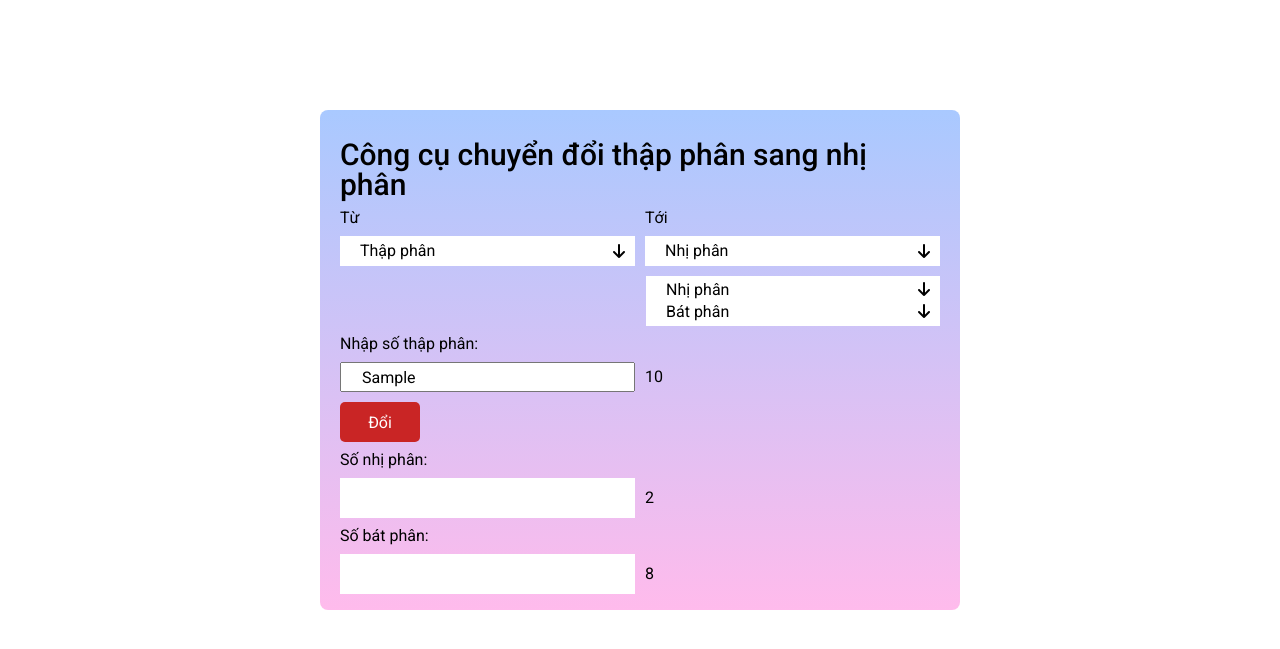
Repository: thuanpham00/covertNumber
Page: index.html
An editor plug-in stored every save of this project. The page is shown before and after the next save, followed by the edit.
The browser window is 1280 px wide. The pictures show the whole page.
Empty fields were first filled with sample values (such as "Sample", 5 or name@example.com).
After loading, the first visible `div.type-2` was clicked once.
Some web libraries are served in a nearby version. The style sheet was rebuilt from its Sass, Less or Tailwind sources for each picture, by a compiler version that may differ from the author's.

Above is the page before, as saved 2023-11-05 16:56:33.

### index.html
<!DOCTYPE html>
<html lang="en">
    <head>
        <meta charset="UTF-8" />
        <meta name="viewport" content="width=device-width, initial-scale=1.0" />
        <title>Convert Number</title>
        <link rel="stylesheet" href="./assets/css/main.css" />
        <link rel="preconnect" href="https://fonts.googleapis.com" />
        <link rel="preconnect" href="https://fonts.gstatic.com" crossorigin />
        <link
            href="https://fonts.googleapis.com/css2?family=Roboto:wght@400;500;700;900&display=swap"
            rel="stylesheet"
        />
        <script src="https://kit.fontawesome.com/3115b3f4f1.js"></script>
    </head>
    <body>
        <div class="container">
            <h1 class="title">Công cụ chuyển đổi thập phân sang nhị phân</h1>
            <div class="row">
                <span class="row__desc">Từ</span>
                <span class="row__desc">Tới</span>
            </div>
            <div class="row">
                <div class="row__type">
                    <div class="row__text">Thập phân</div>
                    <div class="row__icon">
                        <i class="fa-solid fa-arrow-down"></i>
                    </div>
                </div>

                <div class="row__type type-2">
                    <div class="row__text">Nhị phân</div>
                    <div class="row__icon">
                        <i class="fa-solid fa-arrow-down"></i>
                    </div>
                </div>
            </div>
            <div class="list hidden">
                <div class="list__item">
                    <div class="row__text" style="pointer-events: none;">Nhị phân</div>
                    <div class="row__icon">
                        <i class="fa-solid fa-arrow-down"></i>
                    </div>
                </div>
                <div class="list__item">
                    <div class="row__text" style="pointer-events: none;">Bát phân</div>
                    <div class="row__icon">
                        <i class="fa-solid fa-arrow-down"></i>
                    </div>
                </div>
            </div>
            <div class="container__wrapper">
                <div class="desc">Nhập số thập phân:</div>
                <form class="form" autocomplete="off">
                    <div class="row">
                        <input
                            type="text"
                            class="form__input"
                            name="numberInput"
                            required
                        />
                        <span>10</span>
                    </div>
                    <input type="submit" class="form__submit" value="Đổi" />
                </form>

                <div class="desc">Số nhị phân:</div>
                <div class="row">
                    <div class="result">
                        <span class="result__inner"></span>
                    </div>
                    <span>2</span>
                </div>
                <div class="desc">Số bát phân:</div>
                <div class="row">
                    <div class="result">
                        <span class="result__inner inner-2"></span>
                    </div>
                    <span>8</span>
                </div>
            </div>
        </div>

        <script src="./main.js"></script>
    </body>
</html>

### main.js
// // phần nguyên: integerPart
// // phần thập phân: decimalPart
window.addEventListener("load", function () {
    function convertDecimalToBinary(number) {
        let binary = [];
        let integerPart = Math.floor(number); // làm tròn xuống
        let decimalPart = number - integerPart;

        while (integerPart > 0) {
            let number1 = integerPart % 2;
            binary.unshift(number1);
            integerPart = Math.floor(integerPart / 2);
        }
        if (decimalPart > 0) {
            binary.push(".");

            let min = 0;
            let max = 16;
            while (decimalPart > 0 && min < max) {
                decimalPart = decimalPart * 2;
                let digit = Math.floor(decimalPart);
                binary.push(digit);
                decimalPart = decimalPart - digit;
                min++;
            }
        }
        return binary.join(""); // 8.625 (10) -> 1000.101 (2)
    }

    function convertDecimalToOctal(number) {
        let binary = [];
        let integerPart = Math.floor(number); // làm tròn xuống
        let decimalPart = number - integerPart;

        while (integerPart > 0) {
            let number1 = integerPart % 8;
            binary.unshift(number1);
            integerPart = Math.floor(integerPart / 8);
        }
        if (decimalPart > 0) {
            binary.push(".");

            let min = 0;
            let max = 16;
            while (decimalPart > 0 && min < max) {
                decimalPart = decimalPart * 8;
                let digit = Math.floor(decimalPart);
                binary.push(digit);
                decimalPart = decimalPart - digit;
                min++;
            }
        }
        return binary.join(""); // 11.25 (10) -> 13.2 (8)
    }
    const result = document.querySelector(".result__inner");
    const result2 = document.querySelector(".result__inner.inner-2");
    const form = document.querySelector(".form");
    form.addEventListener("submit", function (e) {
        e.preventDefault();
        const input = parseFloat(this.elements["numberInput"].value);
        result.textContent = convertDecimalToBinary(input);
        result2.textContent = convertDecimalToOctal(input);
    });

    const list = document.querySelector(".list")
    const rowType = document.querySelector(".row__type.type-2")
    rowType.addEventListener("click", function(e) {
        // const text = e.target.querySelector("")
        list.classList.toggle("visible")
        list.classList.toggle("hidden")
    })
});

### scss/main.scss
html,
body,
div,
span,
applet,
object,
iframe,
h1,
h2,
h3,
h4,
h5,
h6,
p,
blockquote,
pre,
a,
abbr,
acronym,
address,
big,
cite,
code,
del,
dfn,
em,
img,
ins,
kbd,
q,
s,
samp,
small,
strike,
strong,
sub,
sup,
tt,
var,
b,
u,
i,
center,
dl,
dt,
dd,
ol,
ul,
li,
fieldset,
form,
label,
legend,
table,
caption,
tbody,
tfoot,
thead,
tr,
th,
td,
article,
aside,
canvas,
details,
embed,
figure,
figcaption,
footer,
header,
hgroup,
menu,
nav,
output,
ruby,
section,
summary,
time,
mark,
audio,
video {
    margin: 0;
    padding: 0;
    border: 0;
    font-size: 100%;
    font: inherit;
    vertical-align: baseline;
}
/* HTML5 display-role reset for older browsers */
article,
aside,
details,
figcaption,
figure,
footer,
header,
hgroup,
menu,
nav,
section {
    display: block;
}
body {
    line-height: 1;
}
ol,
ul {
    list-style: none;
}
blockquote,
q {
    quotes: none;
}
blockquote:before,
blockquote:after,
q:before,
q:after {
    content: "";
    content: none;
}
table {
    border-collapse: collapse;
    border-spacing: 0;
}

*,
::after,
::before {
    box-sizing: border-box;
}

html {
    font-size: 62.5%;
}

body {
    background: #fff;
    font-size: 1.6rem;
    font-family: "Roboto", sans-serif;
}

input,
select,
textarea,
button {
    font-size: inherit;
    font-family: inherit;
}

.container {
    background-color: #a9c9ff;
    background-image: linear-gradient(180deg, #a9c9ff 0%, #ffbbec 100%);

    border-radius: 8px;
    padding: 10px 20px;
    height: 500px;
    position: absolute;
    top: 50%;
    left: 50%;
    transform: translate(-50%, -50%);

    .title {
        margin-top: 20px;
        font-size: 3rem;
        font-weight: 500;
    }

    .row {
        margin-top: 10px;
        display: grid;
        align-items: center;
        grid-template-columns: 1fr 1fr;
        column-gap: 10px;

        .row__type {
            display: flex;
            align-items: center;
            justify-content: space-between;
            padding-left: 20px;
            padding-right: 10px;
            height: 30px;
            width: 100%;
            background: #fff;

            // pointer-events: none;

            > i {
                font-size: 0.6rem;
            }
        }

        .result {
            width: 100%;
            height: 40px;
            background: #fff;
            display: flex;
            align-items: center;
            padding-left: 20px;
        }
    }

    .desc {
        margin-top: 10px;
    }

    .form__input {
        height: 30px;
        padding: 5px 0px 5px 20px;
        outline: none;
    }

    .form__submit {
        margin-top: 10px;
        width: 80px;
        height: 40px;
        border-radius: 5px;
        background: #c92525;
        color: #fff;
        outline: none;
        border: none;
    }
}

.list {
    margin-left: auto;
    margin-top: 10px;
    padding-top: 5px;
    height: 50px;
    width: 49%;
    background: #fff;

    .list__item {
        margin-bottom: 5px;
        display: flex;
        align-items: center;
        justify-content: space-between;
        padding-left: 20px;
        padding-right: 10px;

        &:hover {
            background: rgba(0, 0, 0, 0.5);
        }
    }

    &.hidden {
        opacity: 0;
        visibility: hidden;
    }

    &.visible {
        opacity: 1;
        visibility: visible;
    }
}

After the next save:
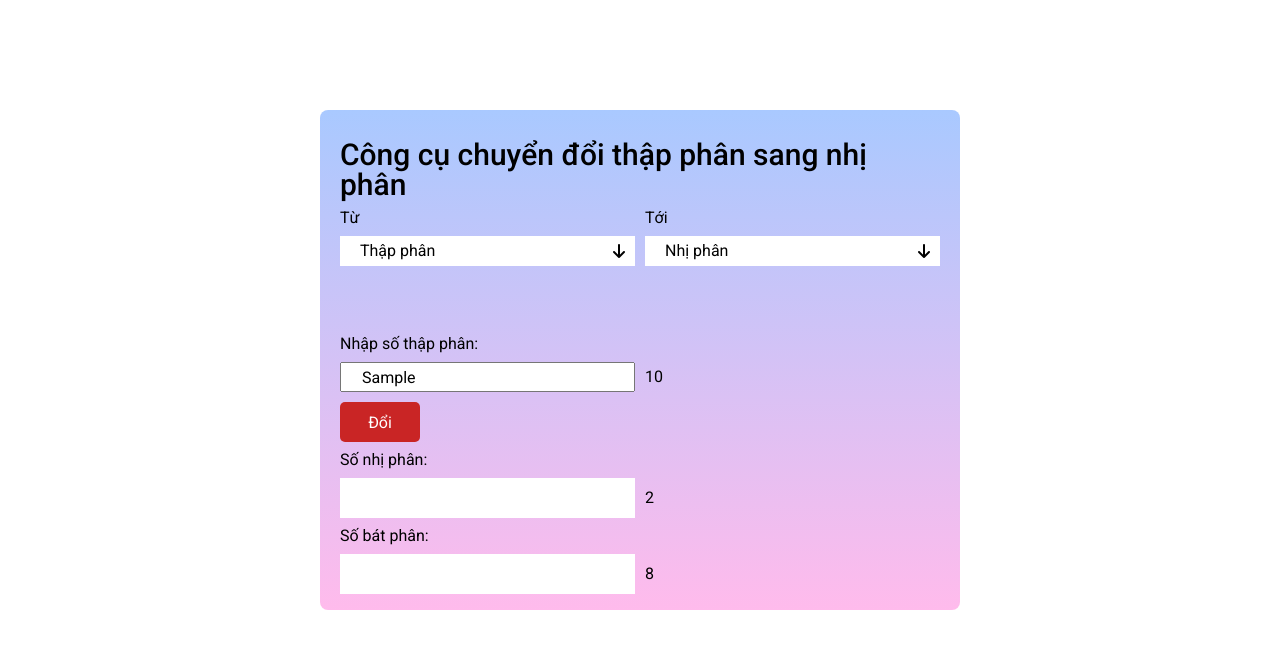
Console error (its wording comes from the project's code and is left out).
Saved 6 s later.
--- a/main.js
+++ b/main.js
@@ -65,7 +65,7 @@
     const list = document.querySelector(".list")
     const rowType = document.querySelector(".row__type.type-2")
     rowType.addEventListener("click", function(e) {
-        // const text = e.target.querySelector("")
+        const text = e.target.querySelector("")
         list.classList.toggle("visible")
         list.classList.toggle("hidden")
     })

After the 3 saves that followed:
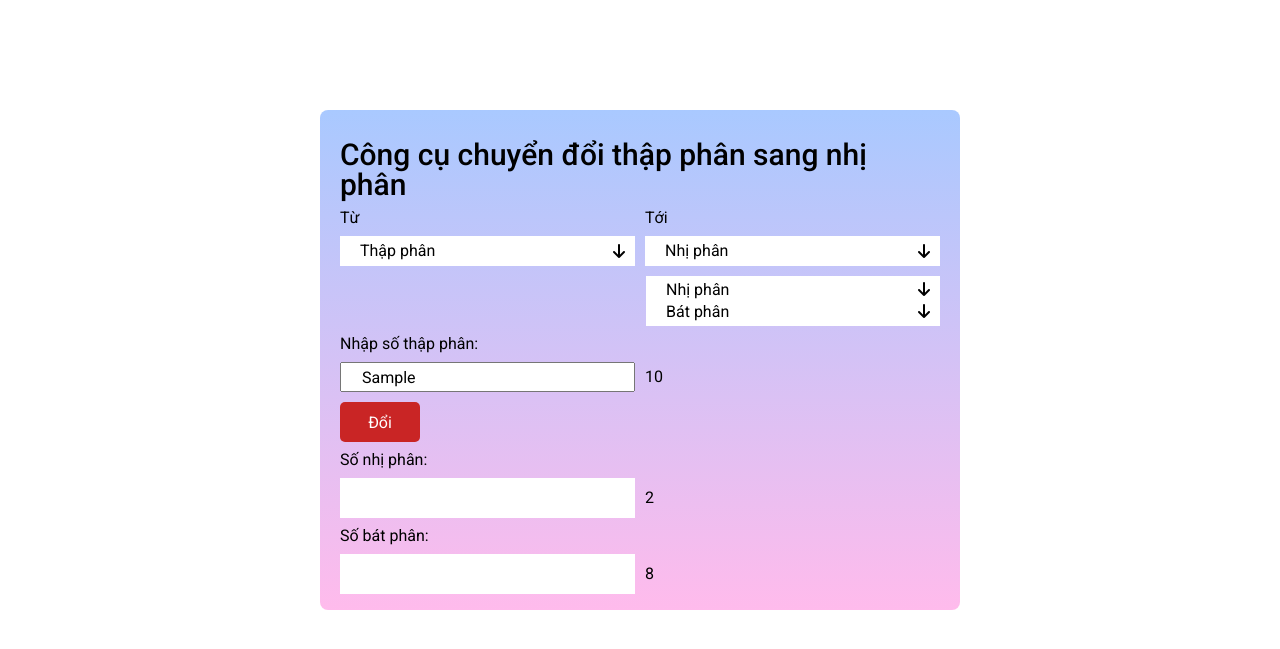
The error is gone.
The 3 saves are shown as one change because 1 left the picture as it was and some came seconds apart.
The last was saved 10 s later.
--- a/main.js
+++ b/main.js
@@ -65,7 +65,7 @@
     const list = document.querySelector(".list")
     const rowType = document.querySelector(".row__type.type-2")
     rowType.addEventListener("click", function(e) {
-        const text = e.target.querySelector("")
+        const text = e.target.querySelector(".row__text")
         list.classList.toggle("visible")
         list.classList.toggle("hidden")
     })
